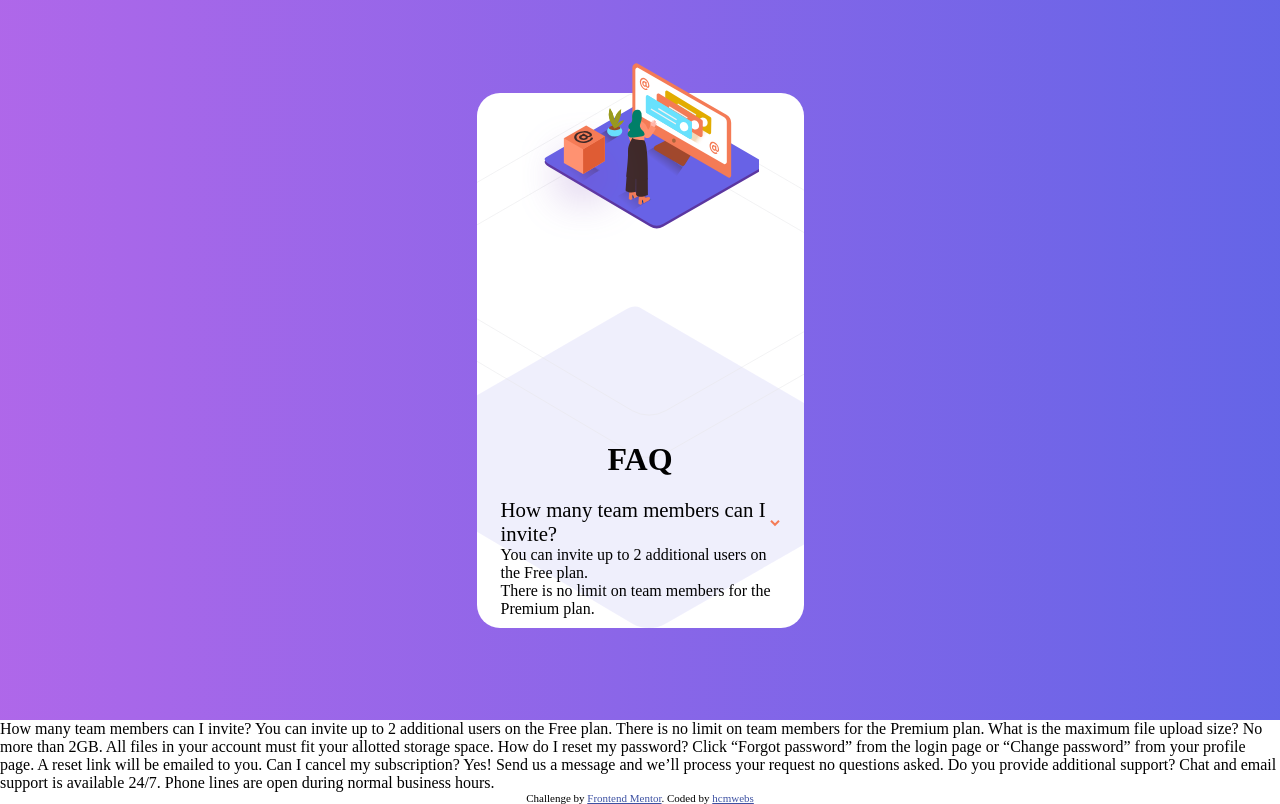
Repository: Hcmwebs/faq-accordion-card
Page: index.html
The author's editor kept a copy of each file at every save. The page is drawn from the files as they stood at one save, then again after the next save.
The browser window is 1280 px wide. The pictures show the whole page.
The style sheet was rebuilt from its Sass, Less or Tailwind sources for each picture, by a compiler version that may differ from the author's.

Above is the page before, as saved 2020-11-05 23:50:54.

### index.html
<!DOCTYPE html>
<html lang="en">
  <head>
    <meta charset="UTF-8" />
    <meta name="viewport" content="width=device-width, initial-scale=1.0" />
    <!-- displays site properly based on user's device -->

    <link
      rel="icon"
      type="image/png"
      sizes="32x32"
      href="./images/favicon-32x32.png"
    />
    <link rel="stylesheet" href="css/main.min.css" />

    <title>Frontend Mentor | FAQ Accordion Card</title>

    <!-- Feel free to remove these styles or customise in your own stylesheet 👍 -->
    <style>
      .attribution {
        font-size: 11px;
        text-align: center;
      }
      .attribution a {
        color: hsl(228, 45%, 44%);
      }
    </style>
  </head>
  <body>
    <div class="container">
      <div class="card">
        <div class="card__header">
          <img
            src="/images/illustration-woman-online-mobile.svg"
            alt="image of a woman online"
          />
        </div>

        <div class="card__body">
          <h1 class="card__body--title">faq</h1>
          <div class="card__body--item">
            <div class="card__body--item--title">
              <h2>How many team members can I invite?</h2>
              <span>
                <img src="/images/icon-arrow-down.svg" alt="icon-arrow-down" />
              </span>
            </div>
            <p>
              You can invite up to 2 additional users on the Free plan. <br />
              There is no limit on team members for the Premium plan.
            </p>
          </div>
          <div class="divider"></div>
        </div>
      </div>
    </div>

    How many team members can I invite? You can invite up to 2 additional users
    on the Free plan. There is no limit on team members for the Premium plan.
    What is the maximum file upload size? No more than 2GB. All files in your
    account must fit your allotted storage space. How do I reset my password?
    Click “Forgot password” from the login page or “Change password” from your
    profile page. A reset link will be emailed to you. Can I cancel my
    subscription? Yes! Send us a message and we’ll process your request no
    questions asked. Do you provide additional support? Chat and email support
    is available 24/7. Phone lines are open during normal business hours.

    <div class="attribution">
      Challenge by
      <a href="https://www.frontendmentor.io?ref=challenge" target="_blank"
        >Frontend Mentor</a
      >. Coded by
      <a
        href="https://github.com/Hcmwebs/faq-accordion-card.git"
        target="_blank"
        rel="noopener noreferrer"
        >hcmwebs</a
      >
    </div>
  </body>
</html>

### scss/main.scss

// /*====fonts====*/

// @import url('https://fonts.googleapis.com/css2?family=Kumbh+Sans:wght@400;700&display=swap');

// $font-stack: 'Kumbh Sans',sans-serif;
// $font-size: 10px;
// $font-light: 400;
// $font-bold: 700;


// /*====primary color====*/
// /*====text-color====*/

// $veryDarkDesaturatedBlue: hsl(238, 29%, 16%);
// $softRed: hsl(14, 88%, 65%);

// /*====background -gradient====*/

// $gradientSoftViolet: hsl(273, 75%, 66%);
// $gradientSoftBlue: hsl(240, 73%, 65%);

// /*====Neutral color====*/
// /*====text-color====*/

// $veryDarkGrayishBlue: hsl(237, 12%, 33%);
// $darkGrayishBlue: hsl(240, 6%, 50%);

// /*====dividers-color====*/

// $dividersLightGrayishBlue: hsl(240, 5%, 91%);

@import 'variables';
@import 'mixins';


*{
  margin: 0;
  padding: 0;
  box-sizing: border-box;
}

.body{
width: 100%;
height: 100vh;
font-family: 'Kumbh Sans',sans-serif;
font-size: $font-size;
font-weight: $font-light;
@include grid($center, $center);
}

.container{
  width: 100%;
  height: 100vh;
  background: linear-gradient(90deg,$gradientSoftViolet 0%,$gradientSoftBlue 100%);
  @include flex($column, $center, $center);

  .card{
    width: 327px;
    height:535px;
    background-image: url(/images/bg-pattern-mobile.svg );
    background-size:contain;
    background-repeat: no-repeat;
    background-position: top center;
    background-color: #fff;
    border-radius:23px;
    padding: 10px;
    @include flex(column,space-between,center);


    &__header{
      width: 237px;
      height: 180px;
      transform: translateY(-40px);

      img{
        width: 100%;
        height: 100%;
        object-fit: cover;
      }

    }


    &__body{
      @include flex($column,$spaceBtwn,$center);
      width: 100%;

      &--title{
      font-weight: $font-bold;
      font-size: 32px;
      text-transform: uppercase;
      margin-bottom: 20px;
      }

      &--item{
        width: 279px;
        @include grid($center,$center);


        &--title{
          width: 100%;
          @include flex($row,$spaceBtwn,$center);

          h2{
            font-size: 1.3rem;
            font-weight: $font-light;
          }
        }

      }


    }

  }
}

@import 'medias';

### scss/_variables.scss
/*====fonts====*/

@import url('https://fonts.googleapis.com/css2?family=Kumbh+Sans:wght@400;700&display=swap');

$font-stack: 'Kumbh Sans',sans-serif;
$font-size: 12px;
$font-light: 400;
$font-bold: 700;


/*====primary color====*/
/*====text-color====*/

$veryDarkDesaturatedBlue: hsl(238, 29%, 16%);
$softRed: hsl(14, 88%, 65%);

/*====background -gradient====*/

$gradientSoftViolet: hsl(273, 75%, 66%) ;
$gradientSoftBlue: hsl(240, 73%, 65%);

/*====Neutral color====*/
/*====text-color====*/

$veryDarkGrayishBlue: hsl(237, 12%, 33%);
$darkGrayishBlue: hsl(240, 6%, 50%);

/*====dividers-color====*/

$dividersLightGrayishBlue: hsl(240, 5%, 91%);


/*====alignments====*/
$flexStart: flex-start;
$flexEnd: flex-End;
$center: center;
$spaceAround: space-around;
$spaceBtwn: space-between;


/*====placeItems====*/

$placeItems: place-items;


/*====justify====*/

$justify: justify-content;

/*====align====*/
$align: align-items;

/*====direction====*/
$direction: flex-direction;
$row:row;
$column:column;

### scss/_mixins.scss
/*====grid====*/
@mixin grid ($justify,$align){

  display: grid;
  justify-content: $justify;
  align-items: $align;
}

@mixin flex ($direction, $justify, $align) {
  display: flex;
  flex-direction: $direction;
  justify-content: $justify;
  align-items: $align;

}

### scss/_medias.scss
/*====Mobile: 375px;====*/
/*====Desktop: 1440px;====*/


@media(max-width: 1440px){
  .container{
    min-width: 800px;


    .card{
      background-position: center center;
      background-repeat:no-repeat;
      background-size:cover;
      background-image:url(/images/bg-pattern-desktop.svg);
    }
  }
}

@media(max-width:375px){
  .container{
    min-width:320px;
  }
}

After the next save:
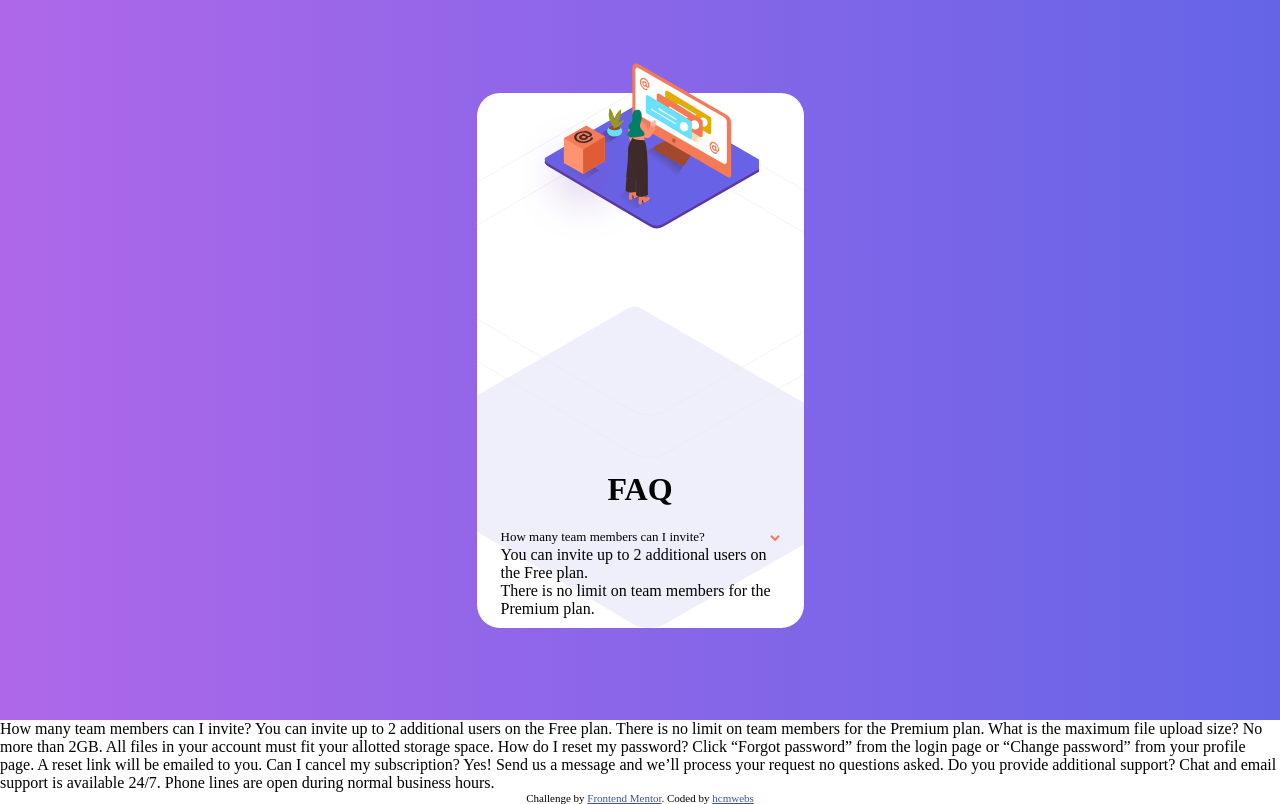
Saved 28 s later.
--- a/scss/main.scss
+++ b/scss/main.scss
@@ -103,7 +103,7 @@
           @include flex($row,$spaceBtwn,$center);
 
           h2{
-            font-size: 1.3rem;
+            font-size: 13px;
             font-weight: $font-light;
           }
         }

After the 2 saves that followed:
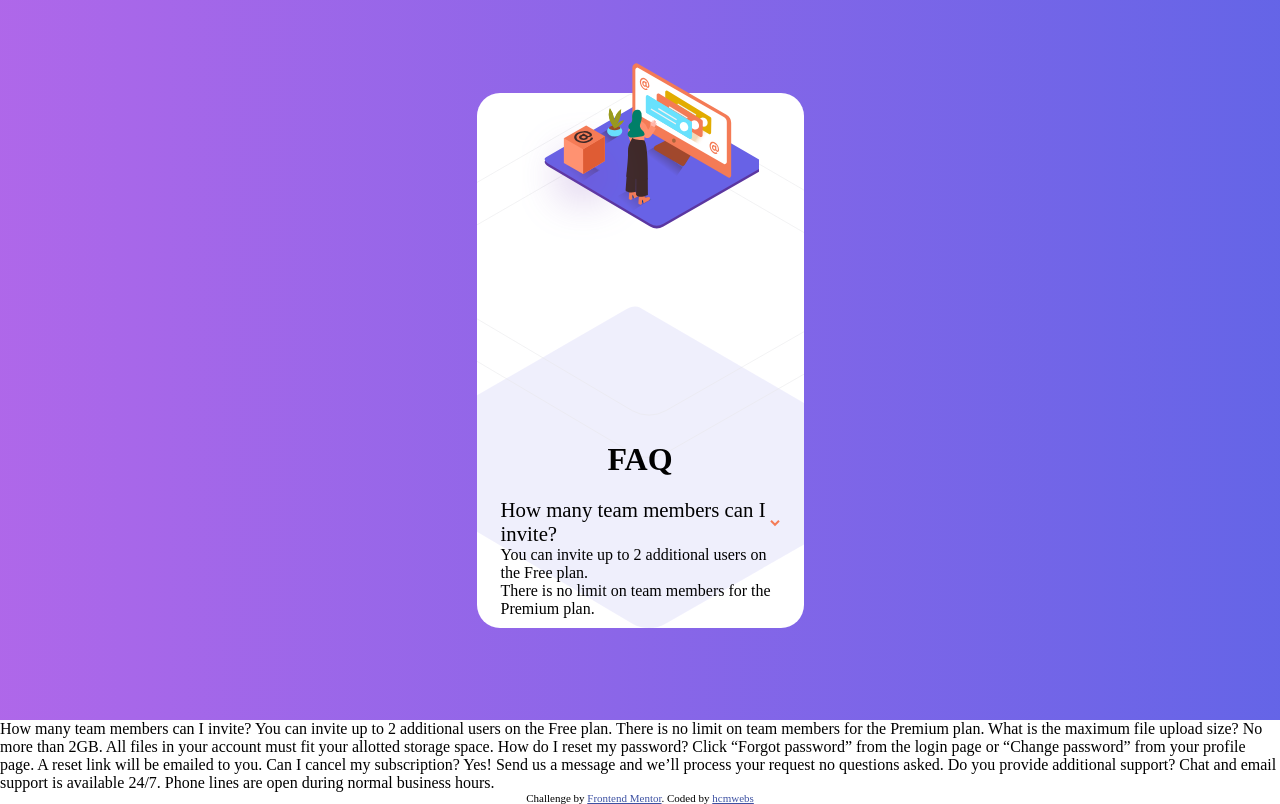
The 2 saves are shown as one change because 1 left the picture as it was.
The last was saved 85 s later.
--- a/scss/main.scss
+++ b/scss/main.scss
@@ -103,7 +103,7 @@
           @include flex($row,$spaceBtwn,$center);
 
           h2{
-            font-size: 13px;
+            font-size: 1.3rem;
             font-weight: $font-light;
           }
         }
--- a/scss/_variables.scss
+++ b/scss/_variables.scss
@@ -3,7 +3,7 @@
 @import url('https://fonts.googleapis.com/css2?family=Kumbh+Sans:wght@400;700&display=swap');
 
 $font-stack: 'Kumbh Sans',sans-serif;
-$font-size: 12px;
+$font-size: 10px;
 $font-light: 400;
 $font-bold: 700;
 
